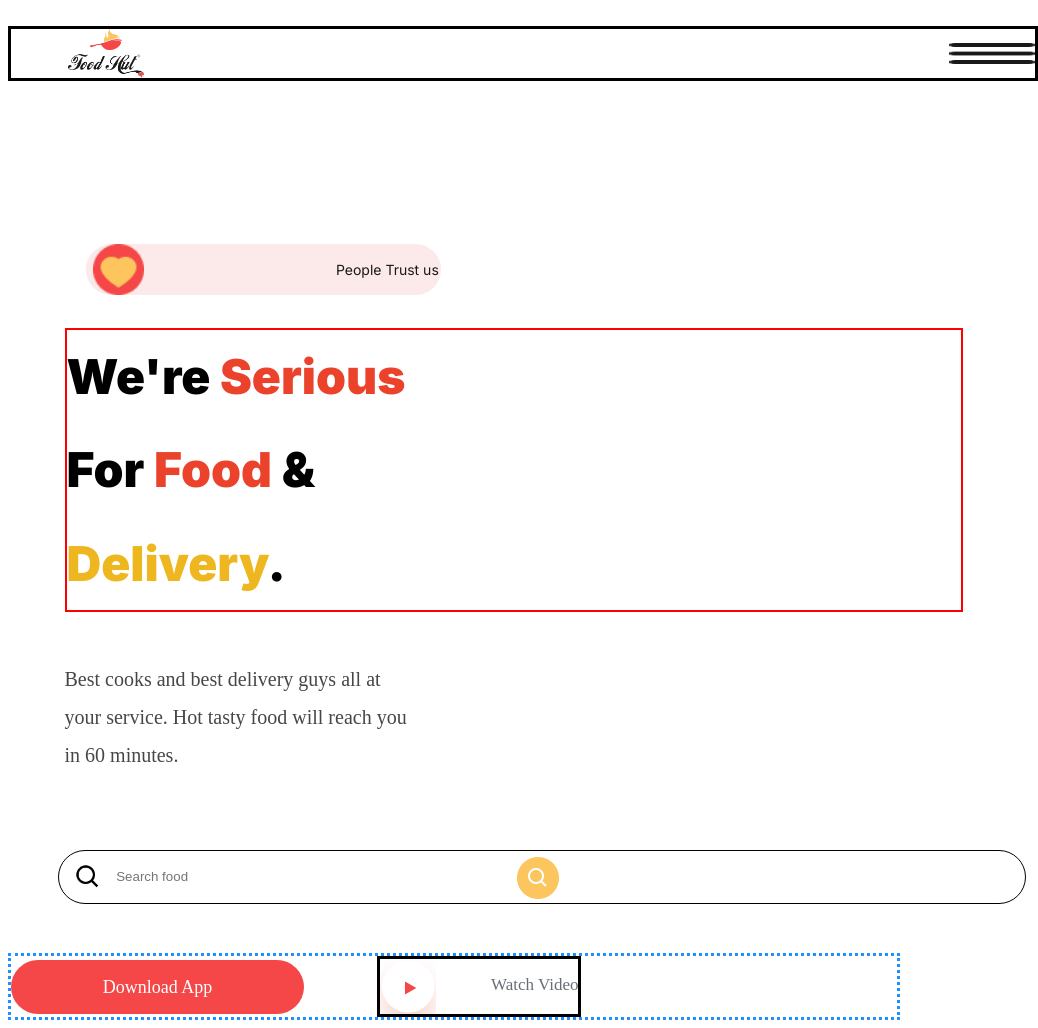
Repository: ReyhanehRahmani/Food-Hut
Page: FoodHut.html
These files come from the project's save history. The page is drawn as it stood at one moment and after the next save; the edit follows.
The browser window is 1024 px wide. The page is 1038 px wide, so the pictures cover 1038 px, including what lies to the right of the window. The pictures show the whole page.
Some web fonts or font styles are not loaded; a fallback is used.

Above is the page before, as saved 2025-05-29 00:02:47.

After the next save:
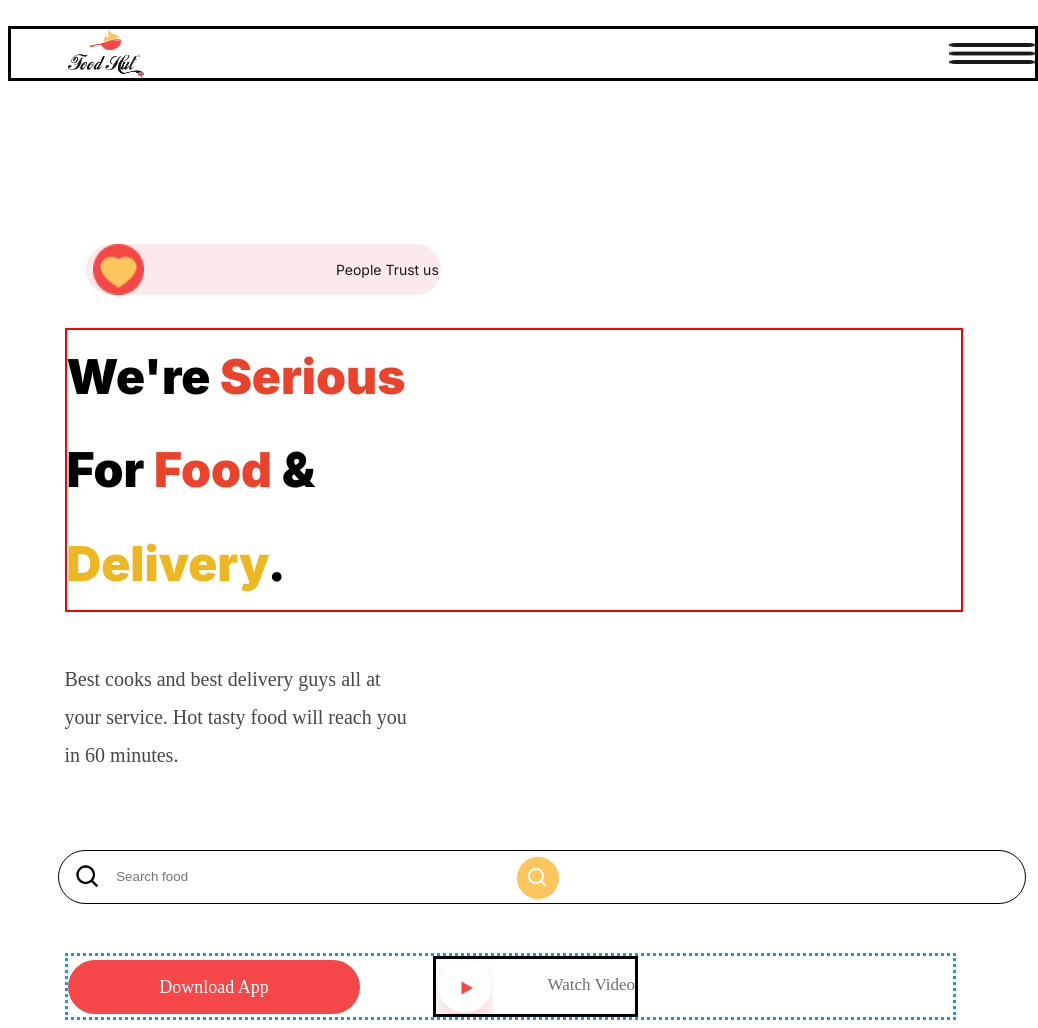
Saved 57 s later.
--- a/FoodHut.css
+++ b/FoodHut.css
@@ -174,6 +174,7 @@ body {
     align-items: center;
     border: dodgerblue, dotted;
     width: 87.85046729%;
+    margin-left: 5.607476636%;
 
 }
 
